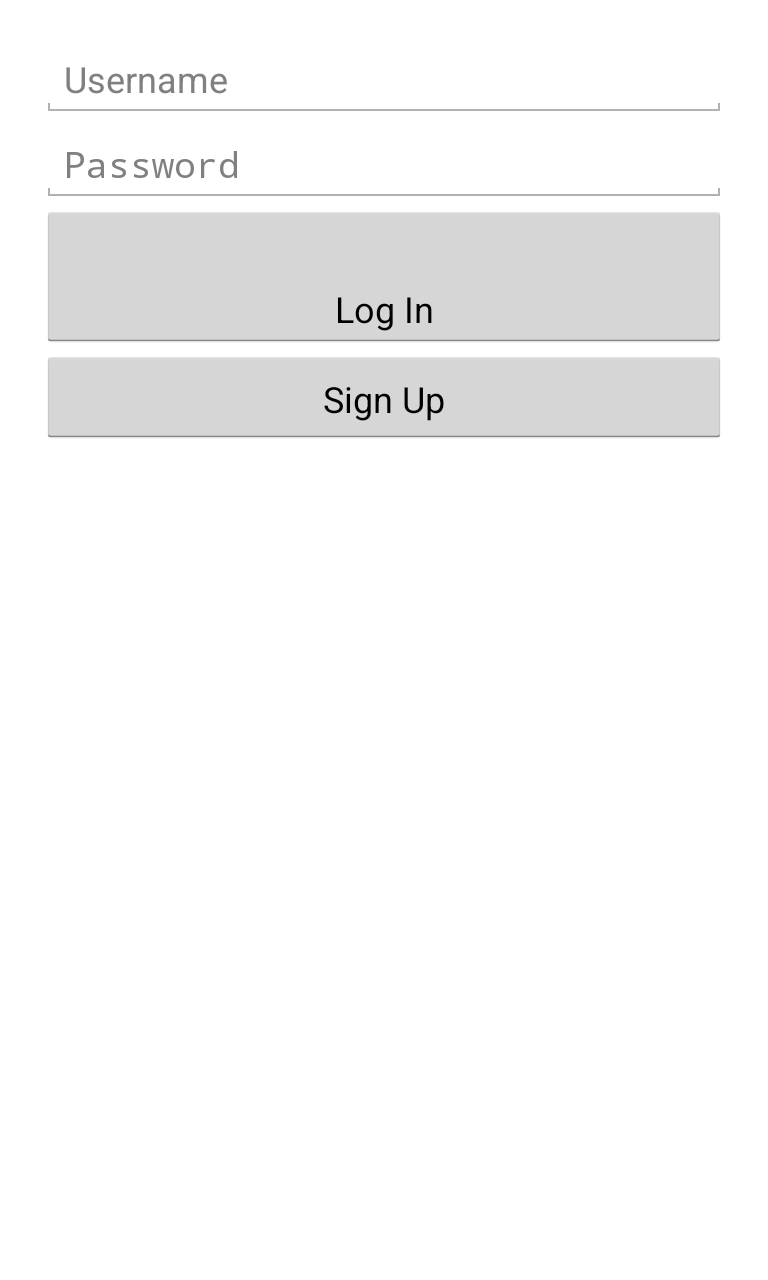
Repository: efreestone/CPM_Freestone
Layout: Project1Android/res/layout/activity_login.xml
The author's editor kept a copy of each file at every save. The layout is drawn from the files as they stood at one save, then again after the next save.
It is drawn on a 768 x 1280 px phone screen (xhdpi) without system bars, with theme AppTheme; the app's code is not run.

Above is the layout before, as saved 2014-10-02 01:03:35.

### Project1Android/res/layout/activity_login.xml
<RelativeLayout xmlns:android="http://schemas.android.com/apk/res/android"
    android:layout_width="fill_parent"
    android:layout_height="fill_parent"
    android:orientation="vertical"
    android:padding="20dp" >

    <EditText
        android:id="@+id/usernameEditText"
        android:layout_width="fill_parent"
        android:layout_height="wrap_content"
        android:hint="@string/usernameTitleText"
        android:inputType="text" />

    <EditText
        android:id="@+id/passwordEditText"
        android:layout_width="fill_parent"
        android:layout_height="wrap_content"
        android:layout_below="@id/usernameEditText"
        android:paddingTop="10dp"
        android:hint="@string/passwordTitleText"
        android:inputType="textPassword" />

    <Button
        android:id="@+id/loginButton"
        android:layout_width="fill_parent"
        android:layout_height="wrap_content"
        android:layout_below="@id/passwordEditText"
        android:paddingTop="40dp"
        android:text="@string/loginButtonText" />

    <Button
        android:id="@+id/signupButton"
        android:layout_width="fill_parent"
        android:layout_height="wrap_content"
        android:layout_below="@id/loginButton"
        android:paddingTop="10dp"
        android:text="@string/signupButtonText" />

</RelativeLayout>

### Project1Android/res/values/strings.xml
<?xml version="1.0" encoding="utf-8"?>
<resources>

    <string name="app_name">Project1Android</string>
    <string name="hello_world">Hello world!</string>
    <string name="action_settings">Settings</string>
    <string name="newPlusButton">New Client</string>
    <string name="logoutButtonText">Log Out</string>

    <string name="loginButtonText">Log In</string>
    <string name="signupButtonText">Sign Up</string>

    <string name="usernameTitleText">Username</string>
    <string name="passwordTitleText">Password</string>
</resources>

Loaded but not shown: Project1Android/res/values/styles.xml (common file); Project1Android/res/values-v11/styles.xml (common file); Project1Android/res/values-v14/styles.xml (common file)

After the next save:
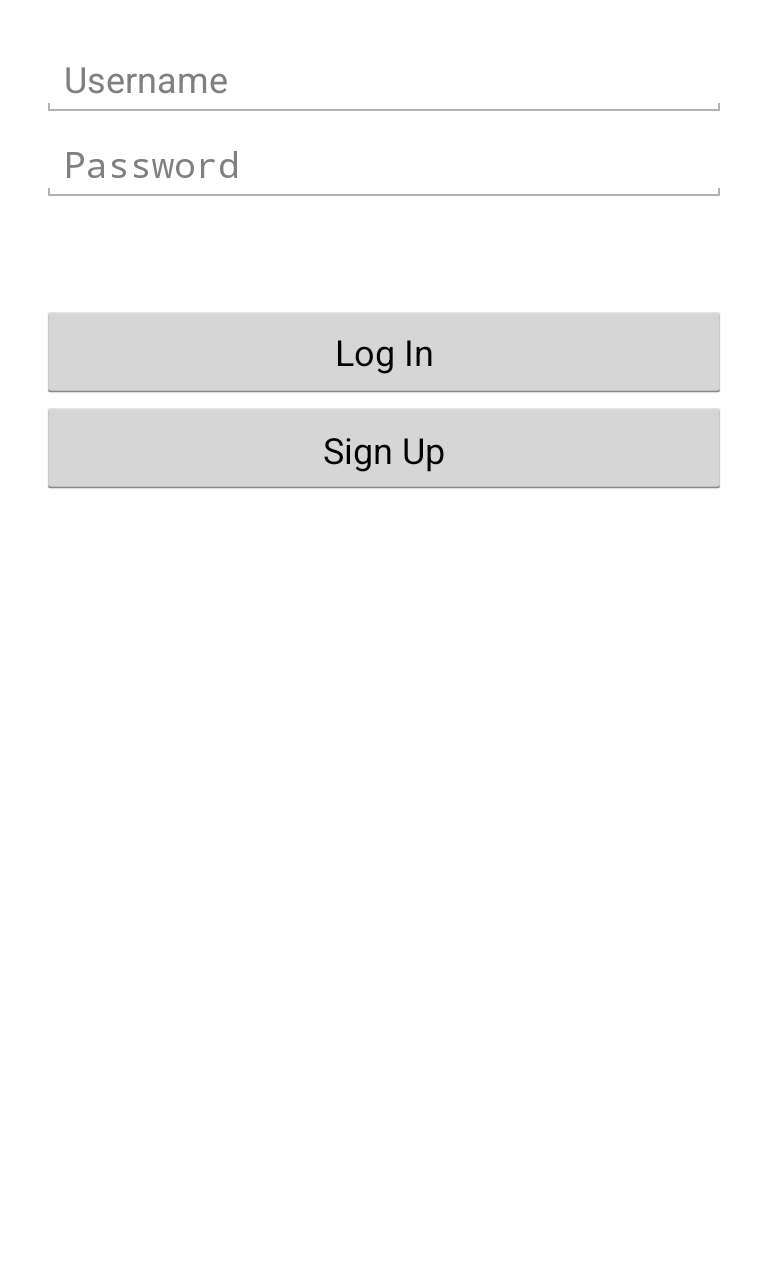
Saved 39 s later.
--- a/Project1Android/res/layout/activity_login.xml
+++ b/Project1Android/res/layout/activity_login.xml
@@ -25,7 +25,7 @@
         android:layout_width="fill_parent"
         android:layout_height="wrap_content"
         android:layout_below="@id/passwordEditText"
-        android:paddingTop="40dp"
+        android:layout_marginTop="50dp"
         android:text="@string/loginButtonText" />
 
     <Button
